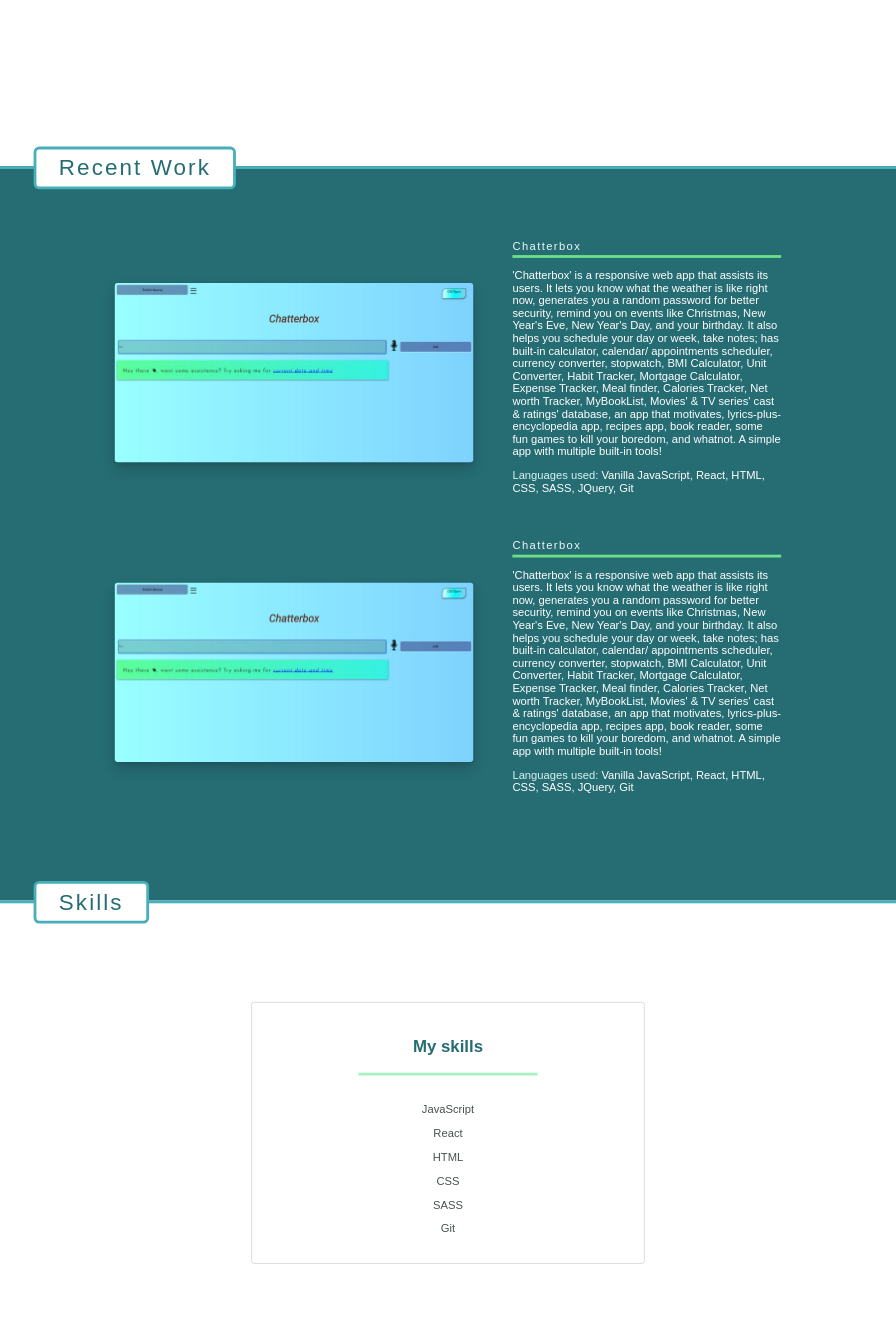
Repository: Abbaskhurram255/port
Page: /
An editor plug-in stored every save of this project. The page is shown before and after the next save, followed by the edit.
The browser window is 1280 px wide. The pictures show the part of the page from y = 628 to 2548 px (the page is 2906 px tall), at 70% of full size.
Pictures or frames that could not be fetched are drawn as grey boxes. The page's requests for data from a server got no answer. Some web fonts or font styles are not loaded; a fallback is used. Some web libraries are served in a nearby version. The project was rebuilt for these pictures with package versions that can differ from the ones it lists, and the page was loaded fresh each time. No one was signed in, and anything a server would have sent is missing.

Above is the page before, as saved 2020-12-03 21:52:05.

After the next save:
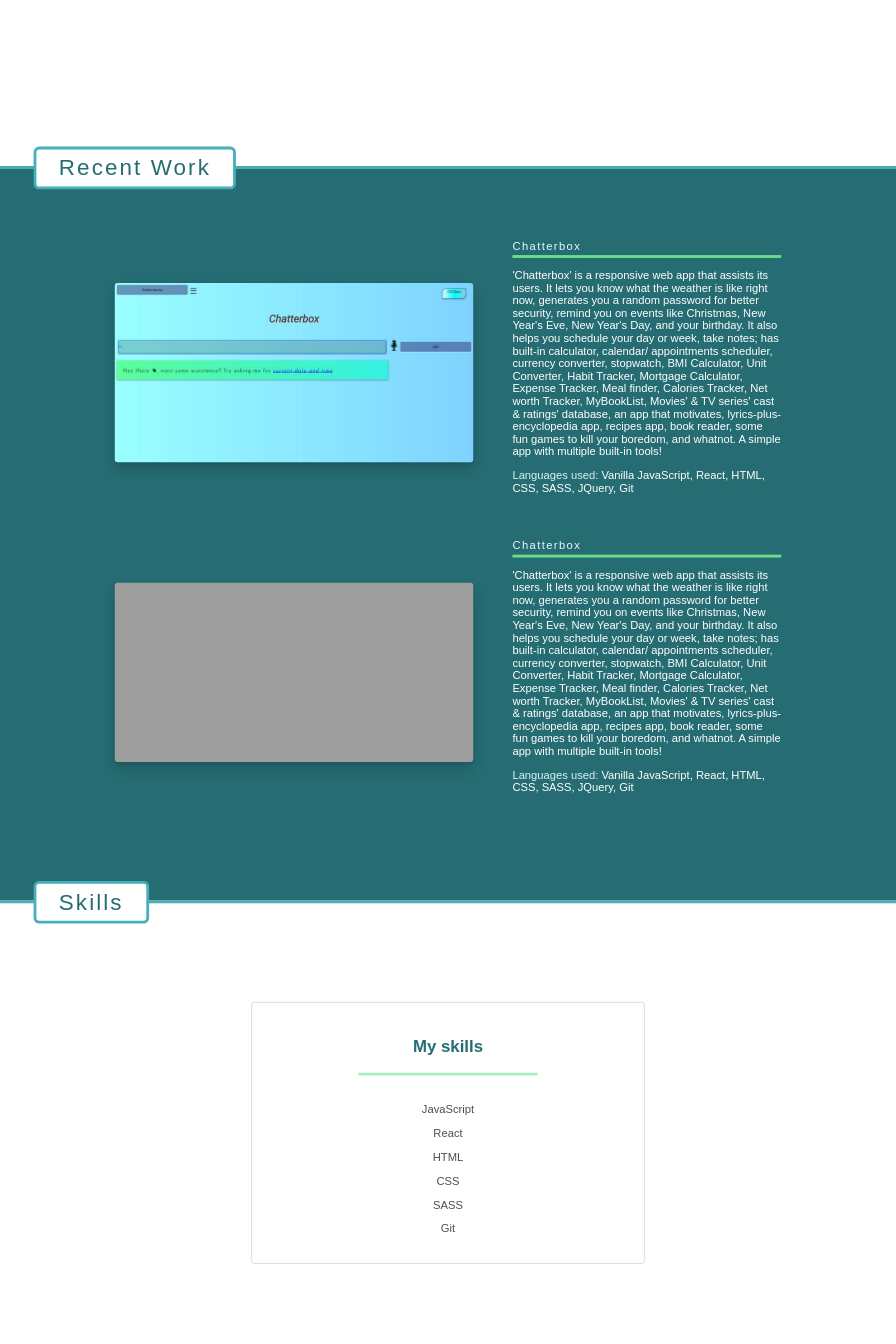
Saved 33 s later.
--- a/src/utils/data.ts
+++ b/src/utils/data.ts
@@ -21,7 +21,7 @@
   {
     description:
       "'Chatterbox' is a responsive web app that assists its users. It lets you know what the weather is like right now, generates you a random password for better security, remind you on events like Christmas, New Year's Eve, New Year's Day, and your birthday. It also helps you schedule your day or week, take notes; has built-in calculator, calendar/ appointments scheduler, currency converter, stopwatch, BMI Calculator, Unit Converter, Habit Tracker, Mortgage Calculator, Expense Tracker, Meal finder, Calories Tracker, Net worth Tracker, MyBookList, Movies' & TV series' cast & ratings' database, an app that motivates, lyrics-plus-encyclopedia app, recipes app, book reader, some fun games to kill your boredom, and whatnot. A simple app with multiple built-in tools!",
-    image: "meal to list",
+    image: "expensify",
     name: "Chatterbox",
     sourceCode: "https://github.com/Abbaskhurram255/Chatterbox/",
     tools: "Vanilla JavaScript, React, HTML, CSS, SASS, JQuery, Git",
